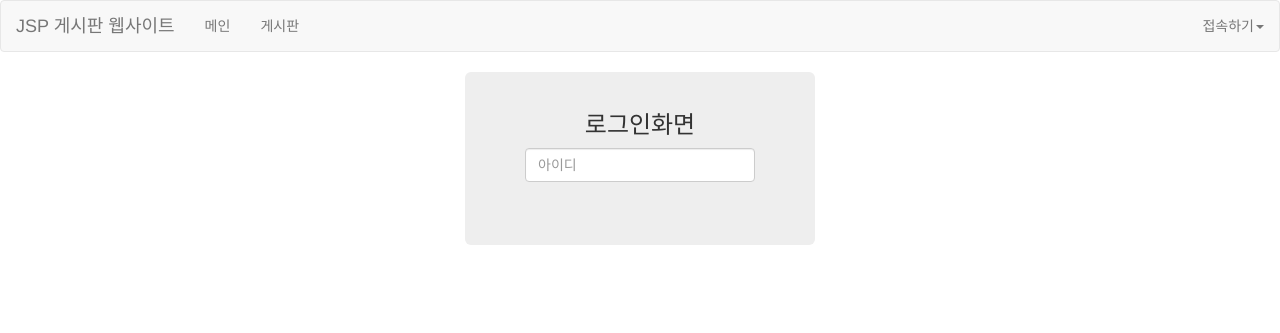
Repository: gyuwanc1/Board_Jsp
Page: http://localhost/BBS/join.jsp
An editor plug-in stored every save of this project. The page is shown before and after the next save, followed by the edit.
The browser window is 1280 px wide. The pictures show the whole page.
Some web libraries are served in a nearby version. The page is served by Tomcat 9. Other server files are loaded and not shown.

Above is the page before, as saved 2024-01-16 07:09:56.

### BBS/WebContent/join.jsp
<%@ page language="java" contentType="text/html; charset=UTF-8"
    pageEncoding="UTF-8"%>
<!DOCTYPE html>
<html>
<head>
<meta http-equiv="Content-Type" content="text/html; charset=UTF-8">
<meta name="viewport" content="width-device-width", intial-scale="1">
<link rel = "stylesheet" href="css/bootstrap.css">

<title>JSP 게시판 웹 사이트</title>
</head>
<body>
	<nav class="navbar navbar-default">
		<div class="navbar-header">
			<button type="button" class="navbar-toggle collapsed"
				data-toggle="collapse" data-target="#bs-example-navbar-collapse-1"
				aria-expanded="false">
				<span class="icon-bar"></span>
				<span class="icon-bar"></span>
				<span class="icon-bar"></span>
			</button>
			<a class="navbar-brand" href="main.jsp">JSP 게시판 웹사이트</a>
		</div>
		<div class="collapse navbar-collapse" id="bs-example-navbar-collapse-1">
			<ul class="nav navbar-nav">
				<li><a href="main.jsp">메인</a></li>
				<li><a href="bbs.jsp">게시판</a></li>
			</ul>
			<ul class="nav navbar-nav navbar-right">
				<li class="dropdown">
					<a href="#" class="dropdown-toggle"
						data-toggle="dropdown" role="button" aria-haspopup="true"
						aria-expanded="false">접속하기<span class="caret"></span></a>
					<ul class="dropdown-menu">
						<li class="active"><a href="login.jsp">로그인</a></li>
						<li><a href="join.jsp">회원가입</a></li>
					</ul>
				</li>
			</ul>
		</div>
	</nav>

	<div class="container">
		<div class="col-lg-4"></div>
		<div class="col-lg-4">
			<div class="jumbotron" style="padding-top:20px;">
				<form method="post"	action="loginAction.jsp">
					<h3 style="text-align:center;">로그인화면</h3>
					<div class ="form-group">
						<input type="text" class="form-control" placeholder="아이디" name="userID" maxlength="20">
					</div>
				</form>
		</div>
	</div>

	<script src="https://code.jquery.com/jquery-3.1.1.min.js"></script>
	<script src="js/bootstrap.js"></script>
</body>
</html>

Loaded but not shown: BBS/WebContent/css/bootstrap.css (library); BBS/WebContent/js/bootstrap.js (library)

After the next save:
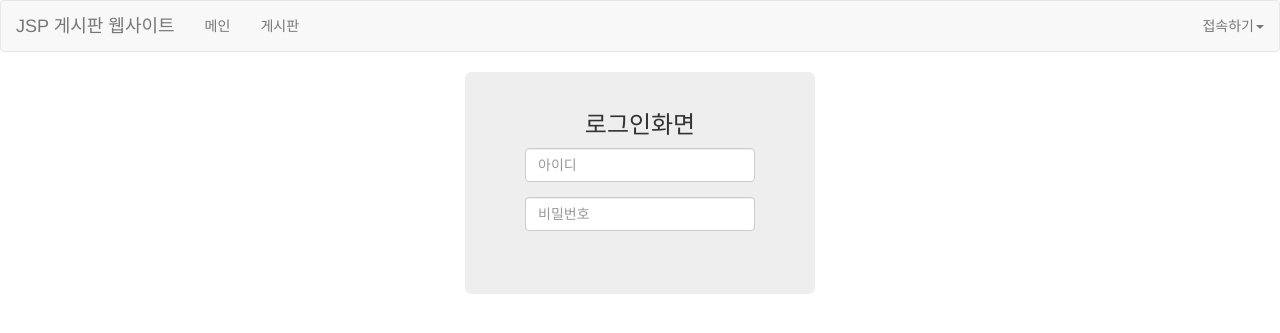
Saved 49 s later.
--- a/BBS/WebContent/join.jsp
+++ b/BBS/WebContent/join.jsp
@@ -49,6 +49,9 @@
 					<div class ="form-group">
 						<input type="text" class="form-control" placeholder="아이디" name="userID" maxlength="20">
 					</div>
+					<div class ="form-group">
+						<input type="password" class="form-control" placeholder="비밀번호" name="userPassword" maxlength="20">
+					</div>
 				</form>
 		</div>
 	</div>
